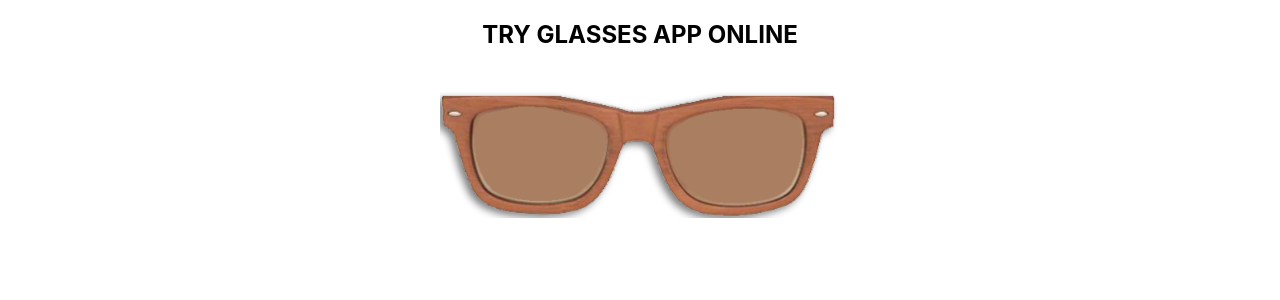
Repository: phongthanhh/ChoseGlass
Page: /
An editor plug-in stored every save of this project. The page is shown before and after the next save, followed by the edit.
The browser window is 1280 px wide. The pictures show the whole page.
The project was rebuilt for these pictures with package versions that can differ from the ones it lists, and the page was loaded fresh each time.

Above is the page before, as saved 2022-12-25 15:15:50.

After the next save:
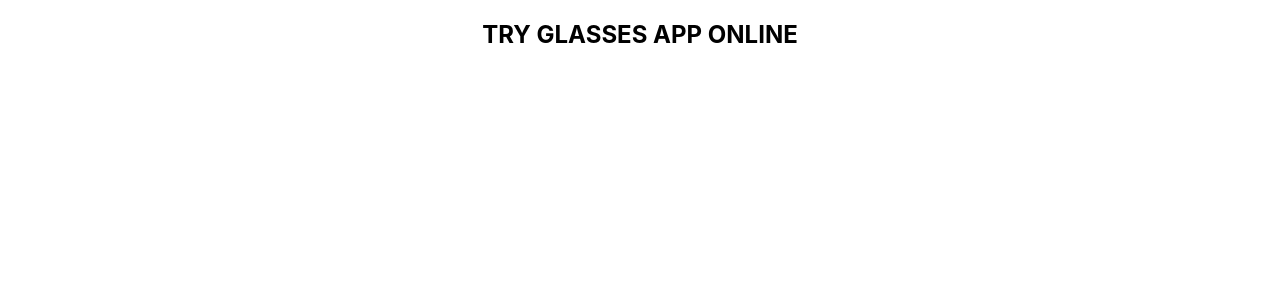
Saved 15 s later.
--- a/src/ChoseGlass/BTGlass.jsx
+++ b/src/ChoseGlass/BTGlass.jsx
@@ -84,7 +84,7 @@
                         </div>
                         <div className="row">
                             <div className="col-2">
-                                <img src="./img/glassesImage/v1.png" alt="" />
+                                <img src="" alt="" />
                             </div>
                         </div>
                     </div>
